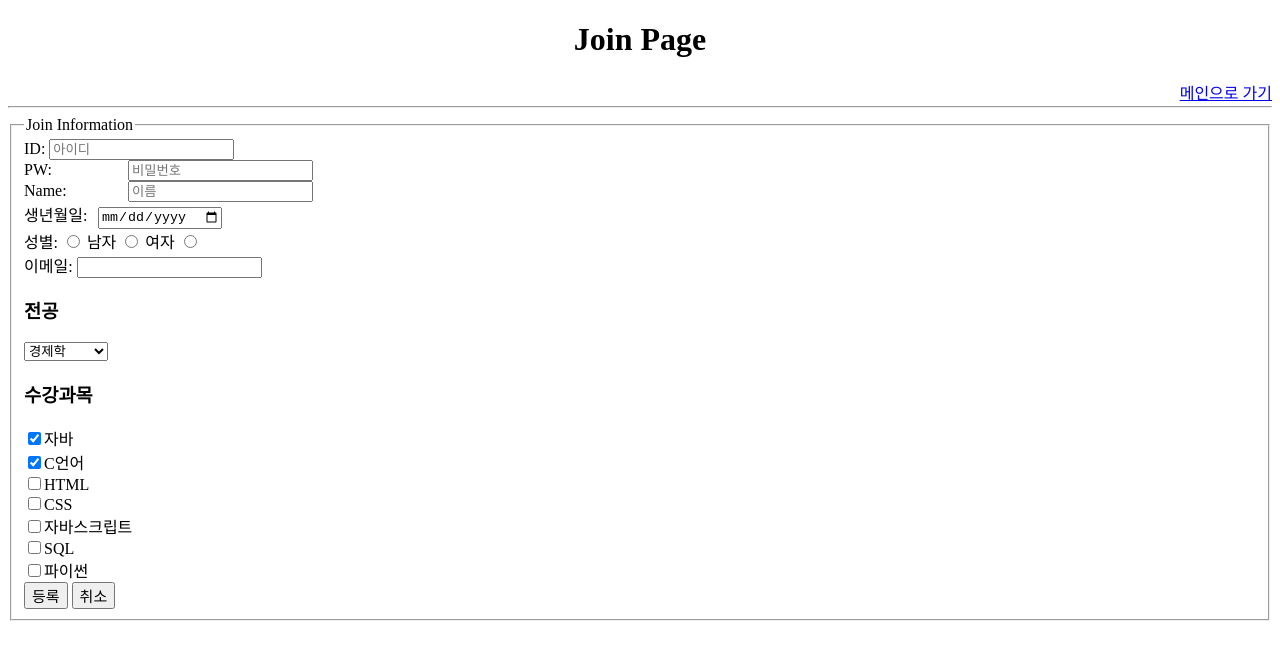
Repository: ByeonYJ/CSSTest
Page: GMSUI/WebContent/member/join.html
The author's editor kept a copy of each file at every save. The page is drawn from the files as they stood at one save, then again after the next save.
The browser window is 1280 px wide. The pictures show the whole page.

Above is the page before, as saved 2017-07-20 07:21:47.

After the next save:
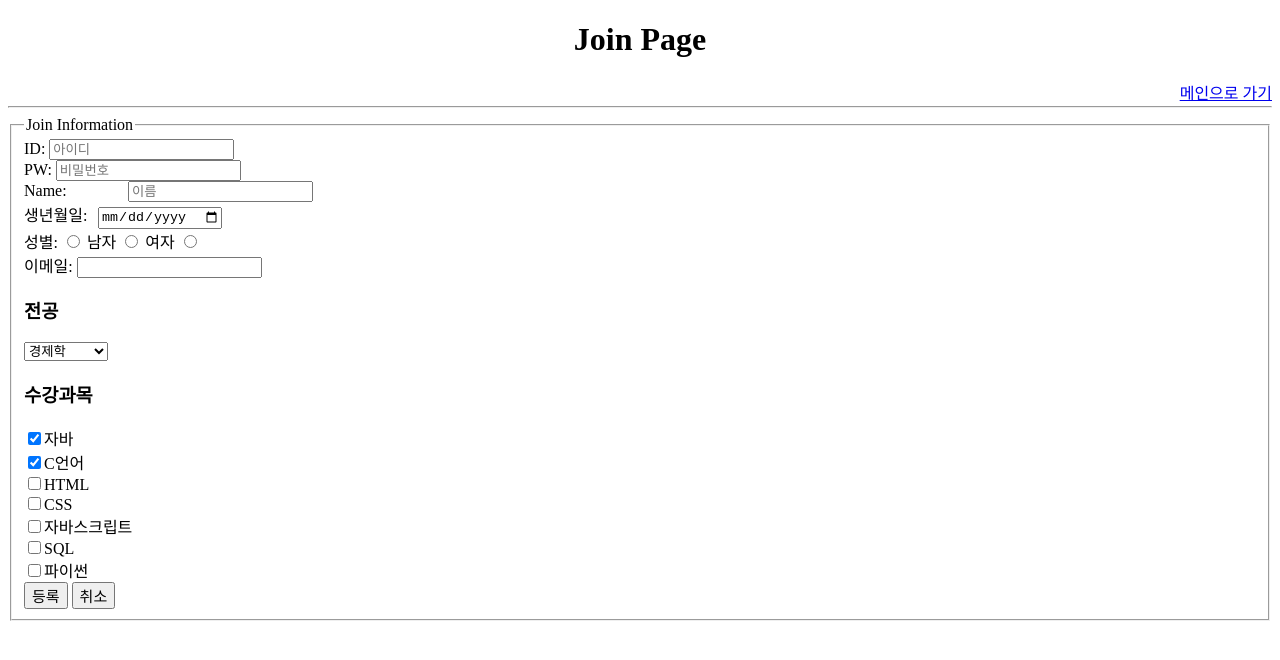
Saved 63 s later.
--- a/GMSUI/WebContent/member/join.html
+++ b/GMSUI/WebContent/member/join.html
@@ -16,7 +16,7 @@
 		<legend>Join Information</legend>
 			<span id="join_id">ID: </span>
 			<input name="id" type="text" placeholder="아이디" /><br />
-			<span style="width: 100px; display: inline-block;">PW: </span>
+			<span id="join_pass">PW: </span>
 			<input name="password" type="password" placeholder="비밀번호"/><br />
 			<span style="width: 100px; display: inline-block;">Name: </span>
 			<input name="name" type="text" placeholder="이름"/><br />
